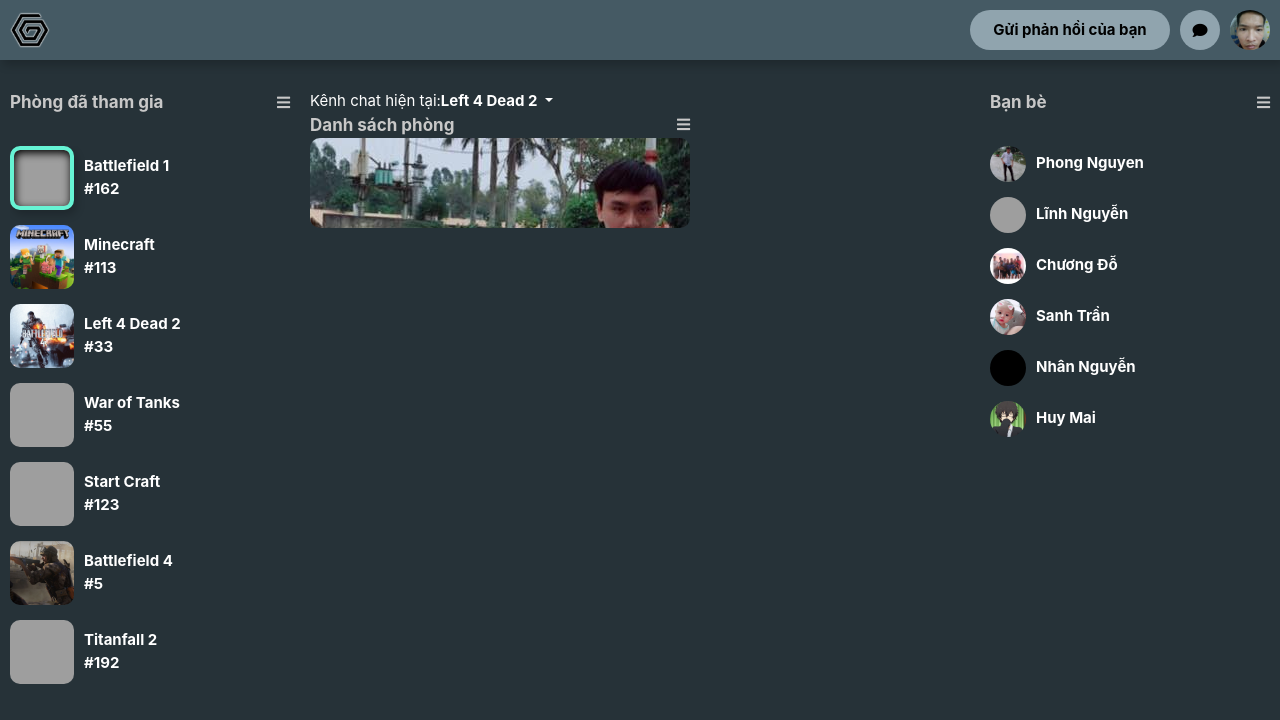
Repository: GammingCommnunity/docs
Page: web-layout/v2/html/index.html
An editor plug-in stored every save of this project. The page is shown before and after the next save, followed by the edit.
The browser window is 1280 px wide. The pictures show the whole page.
Pictures or frames that could not be fetched are drawn as grey boxes.

Above is the page before, as saved 2020-03-06 10:59:04.

### web-layout/v2/html/index.html
<!DOCTYPE html>
<html lang="vi">

<head>
	<meta charset="UTF-8">
	<meta name="viewport" content="width=device-width, initial-scale=1.0">
	<!-- title -->
	<title>Gaming Community</title>
	<!-- bootstrap -->
	<link rel="stylesheet" href="css/bootstrap/bootstrap.min.css">
	<!-- fontawesome -->
	<link href="css/fontawesome.css" rel="stylesheet">
	<link href="css/brands.css" rel="stylesheet">
	<link href="css/solid.css" rel="stylesheet">
</head>

<body>
	<!-- bootstrap -->
	<script src="js/jquery-3.4.1.min.js"></script>
	<script src="js/bootstrap/bootstrap.popper.min.js"></script>
	<script src="js/bootstrap/bootstrap.min.js"></script>
	<!-- define -->
	<style>
		:root {
			/* background color */
			--bg9: #263238;
			--bg8: #37474F;
			--bg7: #455A64;
			--bg6: #546E7A;
			--bg5: #607D8B;
			--bg4: #78909C;
			--bg3: #90A4AE;
			--bg2: #B0BEC5;
			--bg1: #CFD8DC;
			/* text color */
			--primary-text: white;
			--secondary-text: #C8C8C8;
			/* shadow */
			--shd: 3px 5px 9px rgba(0, 0, 0, .2);
			--shd-lg: 3px 5px 18px rgba(0, 0, 0, .2);
			--shd-highlight: 3px 5px 9px rgba(0, 0, 0, .2), inset 1px 3px 9px black;
			/* text size */
			--text-size-sm: 12px;
			--text-size-lg: 17px;
			/* highlight */
			--highlight: rgb(102, 243, 212);
			--border-highlight: 4px solid var(--highlight);
		}
	</style>

	<!-- global style -->
	<style>
		html {
			margin: 0;
			padding: 0;
		}

		html * {
			font-size: 15px;
			color: var(--primary-text);
		}

		/* ::-webkit-scrollbar {
			width: 3px;
			height: 3px;
		}

		::-webkit-scrollbar-thumb {
			background: rgb(9, 81, 71);
			border-radius: 999px;
		}

		::placeholder {
			color: rgb(13, 190, 150);
			font-size: 12px;
		} */

		pre {
			white-space: pre-line;
			word-break: break-word;
		}






		.img {
			background-size: cover;
			background-repeat: no-repeat;
			background-position: center;
		}

		.nowrap {
			white-space: nowrap;
		}

		.wrap {
			white-space: pre-line;
			word-break: break-word;
		}

		.logo {
			width: 40px;
			height: 40px;
		}

		/* component */
		.component {
			display: flex;
			flex-direction: column;
		}

		.component-head {
			display: flex;
			align-items: center;
		}

		.component-head * {
			color: var(--secondary-text);
		}

		.component-head label {
			margin-right: 10px;
			font-weight: bold;
			font-size: var(--text-size-lg);
			flex-grow: 1;
			overflow: hidden;
			white-space: nowrap;
		}

		.component .component-body {
			flex-grow: 1;
			display: flex;
			flex-direction: column;
			overflow: auto;
		}

		/* fix bootstrap */
		p,
		label {
			margin: 0;
		}

		.dropdown-menu {
			font-weight: bold;
			background-color: var(--bg6);
			box-shadow: var(--shd-lg);
		}

		.dropdown-menu * {
			font-weight: bold;
			transition: all .3s ease;
			color: var(--primary-text);
		}

		.dropdown-menu .dropdown-item:hover {
			color: var(--bg6);
			border-left: 4px solid var(--highlight);
		}
	</style>

	<!-- framework -->
	<style>
		header {
			width: 100vw;
			height: 60px;
			padding-left: 10px;
			padding-right: 10px;
			position: fixed;
			top: 0;
			display: flex;
			align-items: center;
			background-color: var(--bg7);
			box-shadow: var(--shd);
		}

		header .space {
			flex-grow: 1;
		}

		header .button {
			width: 40px;
			height: 40px;
			display: flex;
			justify-content: center;
			align-items: center;
			border-radius: 40px;
			background-color: var(--bg3);
			margin-left: 10px;
			cursor: pointer;
			color: black;
		}

		header .button * {
			color: black;
		}

		.feedback-btn {
			width: 200px !important;
			font-weight: bold;
		}

		.main-container {
			width: 100vw;
			height: 100vh;
			background-color: var(--bg9);
			padding-top: 60px;
			display: flex;
			align-items: stretch;
			justify-content: space-between;
		}

		.main-container article {
			flex-grow: 1;
			padding: 30px 10px 0 10px;
			max-width: 1000px;
		}

		.main-container nav {
			width: 300px;
			padding: 30px 10px 0 10px;
			color: var(--secondary-text);
		}

		.main-container nav .component-head {
			margin-bottom: 30px;
		}


		/* joined-rooms-item */
		.joined-rooms-item {
			width: 100%;
			display: flex;
			margin-bottom: 15px;
		}

		.joined-rooms-item .img {
			width: 64px;
			height: 64px;
			border-radius: 10px;
		}

		.joined-rooms-item * {
			font-weight: bold;
		}

		.joined-rooms-item .info {
			height: 64px;
			padding-left: 10px;
			flex-grow: 1;
			display: flex;
			flex-direction: column;
			align-items: flex-start;
			justify-content: center;
		}

		.joined-rooms-item .info * {
			overflow: hidden;
			white-space: nowrap;
		}

		/* active */
		.joined-rooms-item.active .img {
			border: var(--border-highlight);
			box-shadow: var(--shd-highlight);
		}

		/* friends-item */
		.friends-item {
			width: 100%;
			display: flex;
			align-items: center;
			margin-bottom: 15px;
		}

		.friends-item .img {
			width: 36px;
			height: 36px;
			border-radius: 36px;
		}

		.friends-item * {
			font-weight: bold;
		}

		.friends-item .name {
			padding-left: 10px;
			overflow: hidden;
			white-space: nowrap;
		}
	</style>

	<!-- game channel -->
	<style>
		.game-channels-list {
			font-weight: bold;
		}

		.game-channels{
			display: flex;
			flex-direction: column;
			height: 100%;
		}

		.game-channels-head{
			border-bottom: 40px;
			display: flex;
			align-items: center;
		}

		.game-channels-head label{

		}

		.game-channels-head .game-channels-list{
			flex-grow: 1;
		}

		.game-channels-body{
			flex-grow: 1;
			display: flex;
		}

		.rooms{
			width: 380px;
			min-width: 380px;
			height: 100%;
		}

		.global-chats{
			flex-grow: 1;
			height: 100%;
		}

		.rooms-item{
			width: 100%;
			height: 90px;
			border-radius: 10px;
			background-color: rgba(0, 0, 0, .8);
		}
	</style>




	<header>
		<div class="logo img" style="background-image: url(img/logo.png)"></div>
		<div class="space"></div>
		<div class="button feedback-btn">Gửi phản hồi của bạn</div>
		<div class="button">
			<i class="fas fa-comment"></i>
		</div>
		<div class="button img" style="background-image: url(img/avatar.jpg)"></div>
	</header>



	<div class="main-container">






		<!-- joined room -->
		<nav class="component">
			<div class="component-head">
				<label>Phòng đã tham gia</label>
				<div>
					<i class="fas fa-bars"></i>
				</div>
			</div>
			<div class="component-body">

				<div class="joined-rooms-item active">
					<div class="img" style="background-image: url(img/14.jpg)"></div>
					<div class="info">
						<p>Battlefield 1</p>
						<p>#162</p>
					</div>
				</div>

				<div class="joined-rooms-item">
					<div class="img" style="background-image: url(img/10.jpg)"></div>
					<div class="info">
						<p>Minecraft</p>
						<p>#113</p>
					</div>
				</div>

				<div class="joined-rooms-item">
					<div class="img" style="background-image: url(img/9.jpg)"></div>
					<div class="info">
						<p>Left 4 Dead 2</p>
						<p>#33</p>
					</div>
				</div>

				<div class="joined-rooms-item">
					<div class="img" style="background-image: url(img/13.jpg)"></div>
					<div class="info">
						<p>War of Tanks</p>
						<p>#55</p>
					</div>
				</div>

				<div class="joined-rooms-item">
					<div class="img" style="background-image: url(img/12.jpg)"></div>
					<div class="info">
						<p>Start Craft</p>
						<p>#123</p>
					</div>
				</div>

				<div class="joined-rooms-item">
					<div class="img" style="background-image: url(img/16.jpg)"></div>
					<div class="info">
						<p>Battlefield 4</p>
						<p>#5</p>
					</div>
				</div>

				<div class="joined-rooms-item">
					<div class="img" style="background-image: url(img/11.jpg)"></div>
					<div class="info">
						<p>Titanfall 2</p>
						<p>#192</p>
					</div>
				</div>


			</div>
		</nav>

		<!-- game channel -->
		<article>
			<div class="game-channels">
				<div class="game-channels-head">
					<label>Kênh chat hiện tại:</label>
					<div class="game-channels-list dropdown">
						<label class="dropdown-toggle" id="" data-toggle="dropdown" aria-haspopup="true"
							aria-expanded="false">
							Left 4 Dead 2
						</label>
						<div class="dropdown-menu" aria-labelledby="dropdownMenuButton">
							<a class="dropdown-item" href="#">GTA 5</a>
							<a class="dropdown-item" href="#">Minecraft</a>
							<a class="dropdown-item" href="#">Left 4 Dead 2</a>
							<a class="dropdown-item" href="#">War Frame</a>
							<a class="dropdown-item" href="#">Titanfall 2</a>
							<a class="dropdown-item" href="#">Start Craft</a>
							<a class="dropdown-item" href="#">HearthStone</a>
						</div>
					</div>
				</div>
				<div class="game-channels-body">
					<div class="rooms component">
						<div class="component-head">
							<label>Danh sách phòng</label>
							<div>
								<i class="fas fa-bars"></i>
							</div>
						</div>
						<div class="component-body">

							<div class="rooms-item" style="background-image: url(img/100.jpg)">

							</div>

						</div>
					</div>
				</div>
			</div>
		</article>

		<!-- friends -->
		<nav class="component">
			<div class="component-head">
				<label>Bạn bè</label>
				<div>
					<i class="fas fa-bars"></i>
				</div>
			</div>
			<div class="component-body">

				<div class="friends-item">
					<div class="img" style="background-image: url(img/100.jpg)"></div>
					<p class="name">Phong Nguyen</p>
				</div>

				<div class="friends-item">
					<div class="img" style="background-image: url(img/101.jpg)"></div>
					<p class="name">Lĩnh Nguyễn</p>
				</div>

				<div class="friends-item">
					<div class="img" style="background-image: url(img/102.jpg)"></div>
					<p class="name">Chương Đỗ</p>
				</div>

				<div class="friends-item">
					<div class="img" style="background-image: url(img/103.jpg)"></div>
					<p class="name">Sanh Trần</p>
				</div>

				<div class="friends-item">
					<div class="img" style="background-image: url(img/104.jpg)"></div>
					<p class="name">Nhân Nguyễn</p>
				</div>

				<div class="friends-item">
					<div class="img" style="background-image: url(img/105.jpg)"></div>
					<p class="name">Huy Mai</p>
				</div>


			</div>
		</nav>






	</div>




</body>

</html>

### web-layout/v2/html/css/brands.css
/*!
 * Font Awesome Free 5.12.0 by @fontawesome - https://fontawesome.com
 * License - https://fontawesome.com/license/free (Icons: CC BY 4.0, Fonts: SIL OFL 1.1, Code: MIT License)
 */
@font-face {
  font-family: 'Font Awesome 5 Brands';
  font-style: normal;
  font-weight: normal;
  font-display: auto;
  src: url("../webfonts/fa-brands-400.eot");
  src: url("../webfonts/fa-brands-400.eot?#iefix") format("embedded-opentype"), url("../webfonts/fa-brands-400.woff2") format("woff2"), url("../webfonts/fa-brands-400.woff") format("woff"), url("../webfonts/fa-brands-400.ttf") format("truetype"), url("../webfonts/fa-brands-400.svg#fontawesome") format("svg"); }

.fab {
  font-family: 'Font Awesome 5 Brands'; }

### web-layout/v2/html/css/solid.css
/*!
 * Font Awesome Free 5.12.0 by @fontawesome - https://fontawesome.com
 * License - https://fontawesome.com/license/free (Icons: CC BY 4.0, Fonts: SIL OFL 1.1, Code: MIT License)
 */
@font-face {
  font-family: 'Font Awesome 5 Free';
  font-style: normal;
  font-weight: 900;
  font-display: auto;
  src: url("../webfonts/fa-solid-900.eot");
  src: url("../webfonts/fa-solid-900.eot?#iefix") format("embedded-opentype"), url("../webfonts/fa-solid-900.woff2") format("woff2"), url("../webfonts/fa-solid-900.woff") format("woff"), url("../webfonts/fa-solid-900.ttf") format("truetype"), url("../webfonts/fa-solid-900.svg#fontawesome") format("svg"); }

.fa,
.fas {
  font-family: 'Font Awesome 5 Free';
  font-weight: 900; }

Loaded but not shown: web-layout/v2/html/css/bootstrap/bootstrap.min.css (library); web-layout/v2/html/css/fontawesome.css (library); web-layout/v2/html/js/jquery-3.4.1.min.js (library); web-layout/v2/html/js/bootstrap/bootstrap.popper.min.js (library); web-layout/v2/html/js/bootstrap/bootstrap.min.js (library)

After the next save:
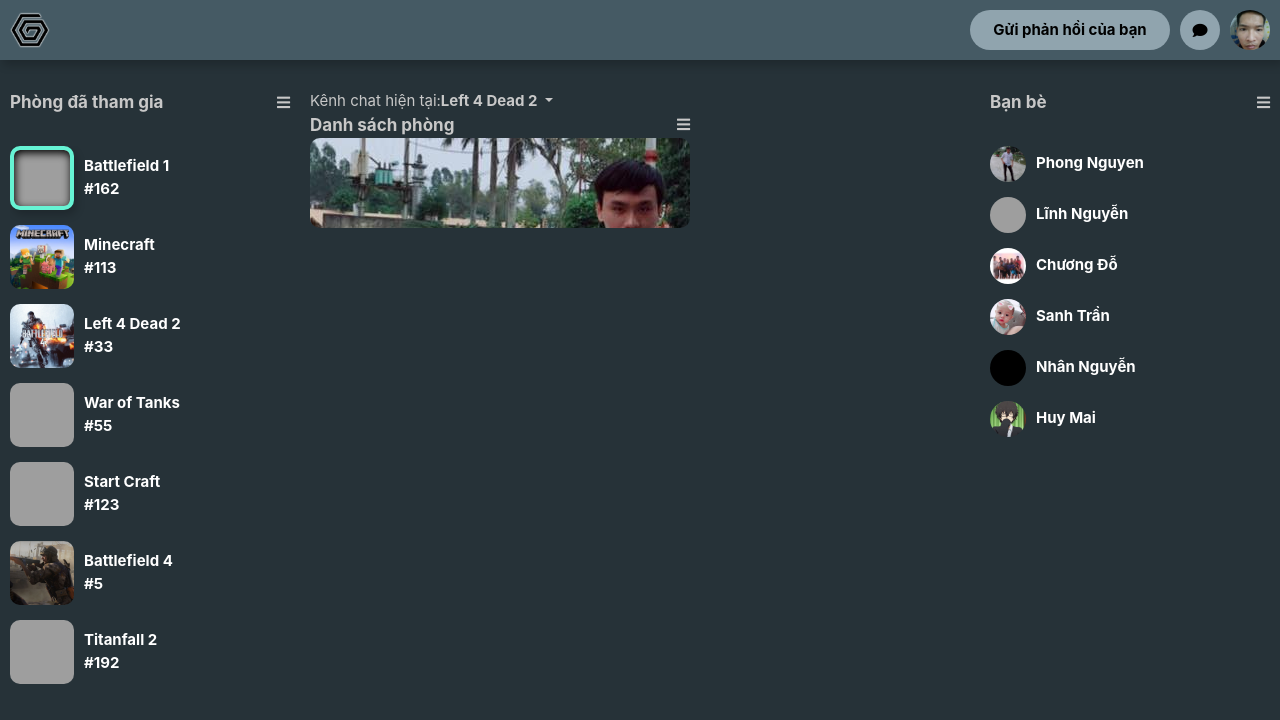
Saved 41 s later.
--- a/web-layout/v2/html/index.html
+++ b/web-layout/v2/html/index.html
@@ -310,7 +310,7 @@
 		}
 
 		.game-channels-head label{
-
+			color: var(--secondary-text);
 		}
 
 		.game-channels-head .game-channels-list{
